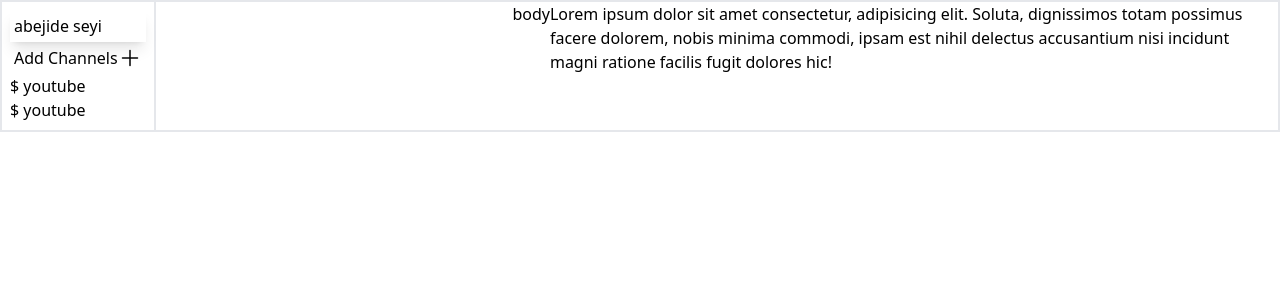
Repository: Semanmernstack/chat-mini
Page: /
An editor plug-in stored every save of this project. The page is shown before and after the next save, followed by the edit.
The browser window is 1280 px wide. The pictures show the whole page.
The project was rebuilt for these pictures with package versions that can differ from the ones it lists, and the page was loaded fresh each time. Also part of the build but not shown: src/features/counter/Counter.module.css, src/features/counter/Counter.js.

Above is the page before, as saved 2022-11-14 06:29:07.

After the next save:
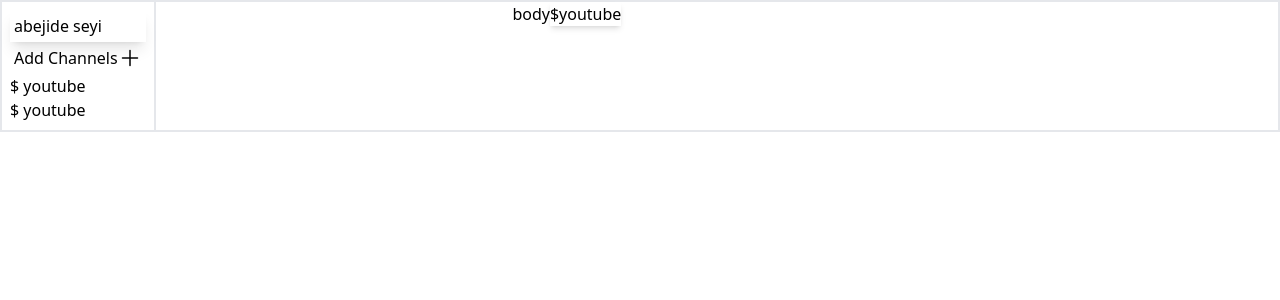
Saved 1 s later.
--- a/src/Body.js
+++ b/src/Body.js
@@ -1,10 +1,11 @@
 import React from 'react'
+import BodyHeader from './BodyHeader'
 
 function Body() {
   return (
     <div className="flex ">
         <h1>body</h1>
-        <h1>Lorem ipsum dolor sit amet consectetur, adipisicing elit. Soluta, dignissimos totam possimus facere dolorem, nobis minima commodi, ipsam est nihil delectus accusantium nisi incidunt magni ratione facilis fugit dolores hic!</h1>
+        <BodyHeader/>
     </div>
   )
 }
